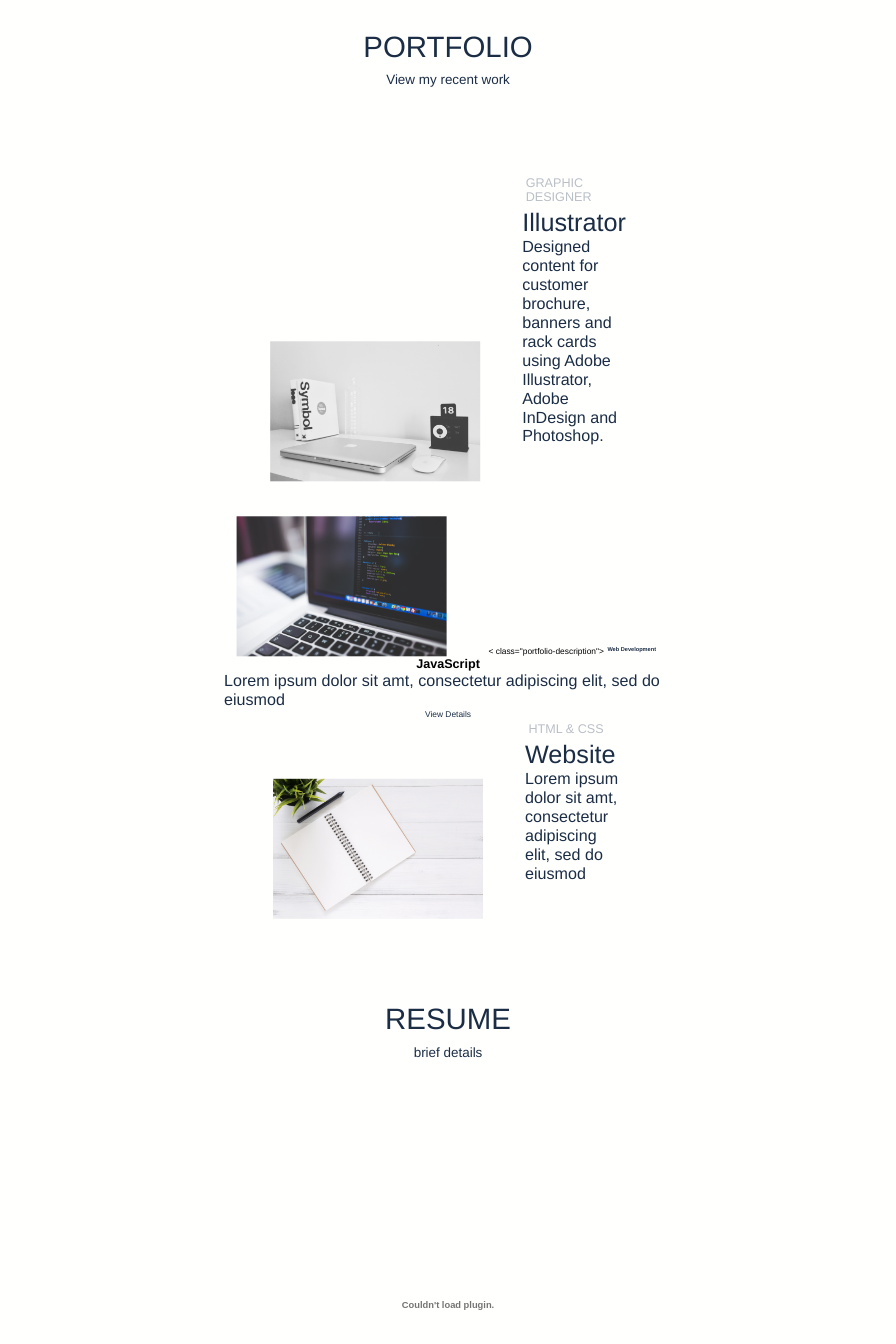
Repository: jb150524/JB-Portfolio
Page: index.html
The author's editor kept a copy of each file at every save. The page is drawn from the files as they stood at one save, then again after the next save.
The browser window is 1280 px wide. The pictures show the part of the page from y = 2082 to 4002 px (the page is 4838 px tall before and 4453 px after), at 70% of full size.
Some icons come from a web library that is not loaded, so they are not drawn.

Above is the page before, as saved 2021-07-27 23:36:02.

After the next save:
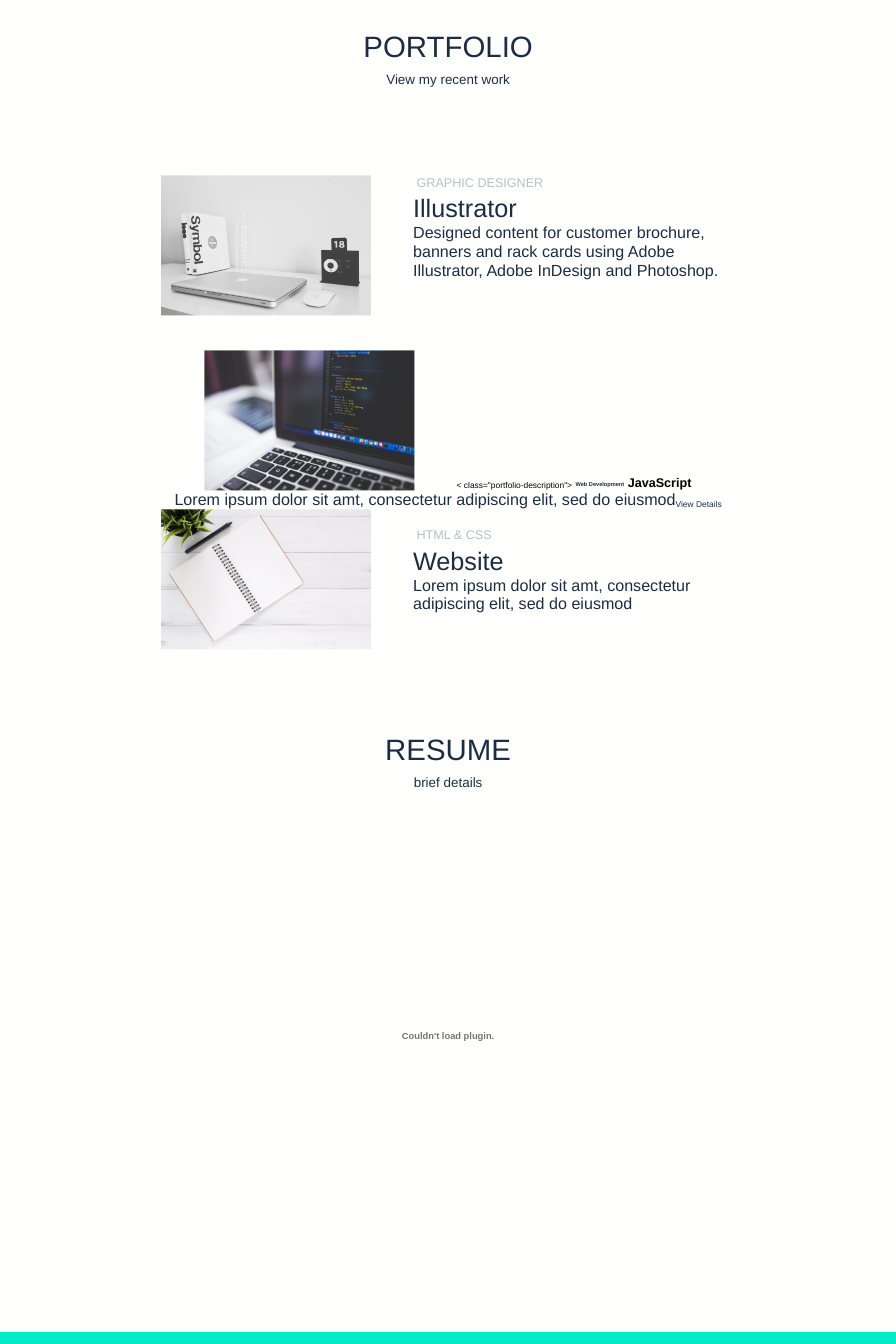
Saved 88 s later.
--- a/index.html
+++ b/index.html
@@ -87,6 +87,7 @@
             <h1>Portfolio</h1>
             <h6>View my recent work</h6>
             </a>
+            </div>
           </div>
           <div class="portfolio-item"><a class="about-details">
             <div class="portfolio-img has-margin-right">

After the save that followed:
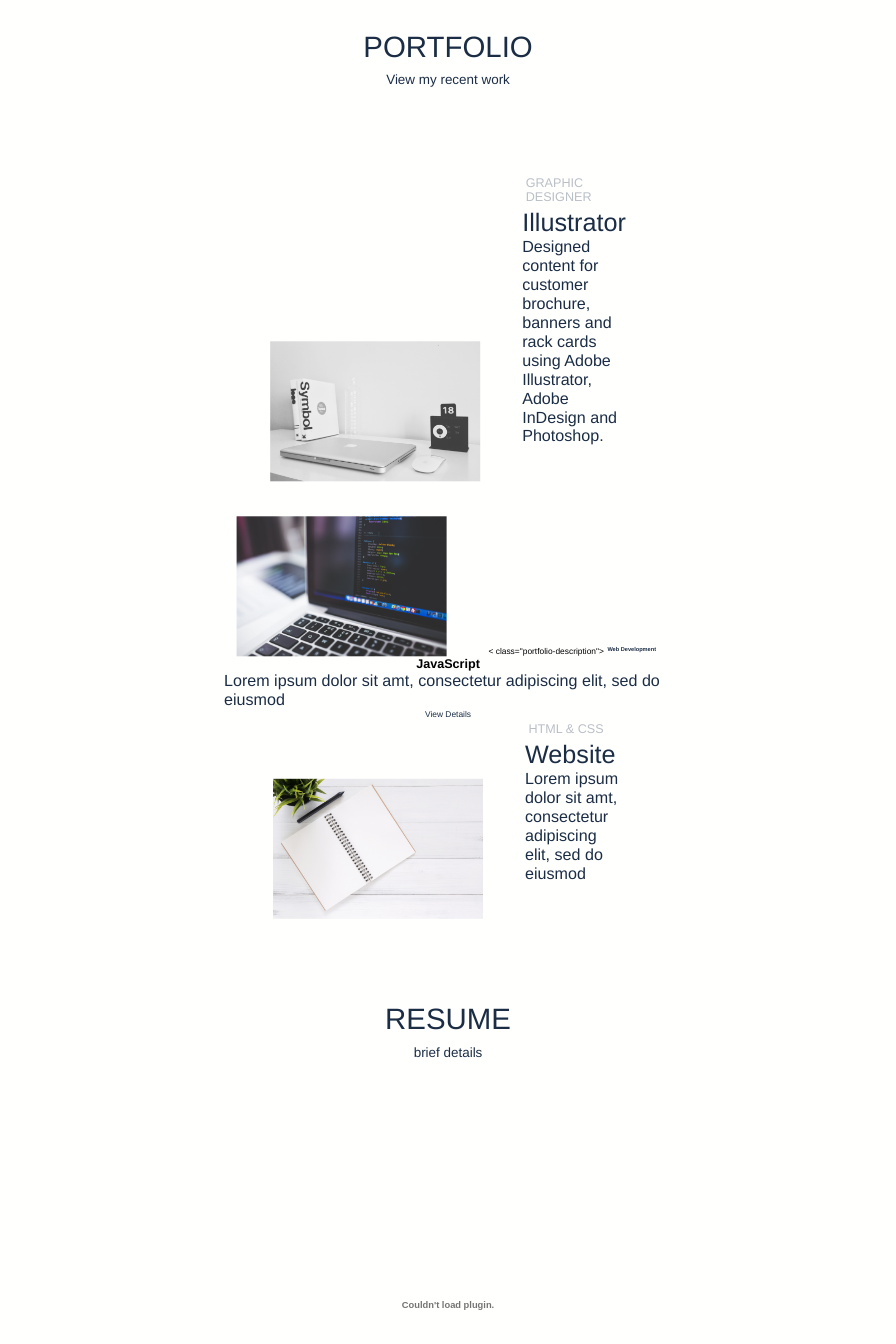
Saved 30 s later.
--- a/index.html
+++ b/index.html
@@ -87,7 +87,6 @@
             <h1>Portfolio</h1>
             <h6>View my recent work</h6>
             </a>
-            </div>
           </div>
           <div class="portfolio-item"><a class="about-details">
             <div class="portfolio-img has-margin-right">
